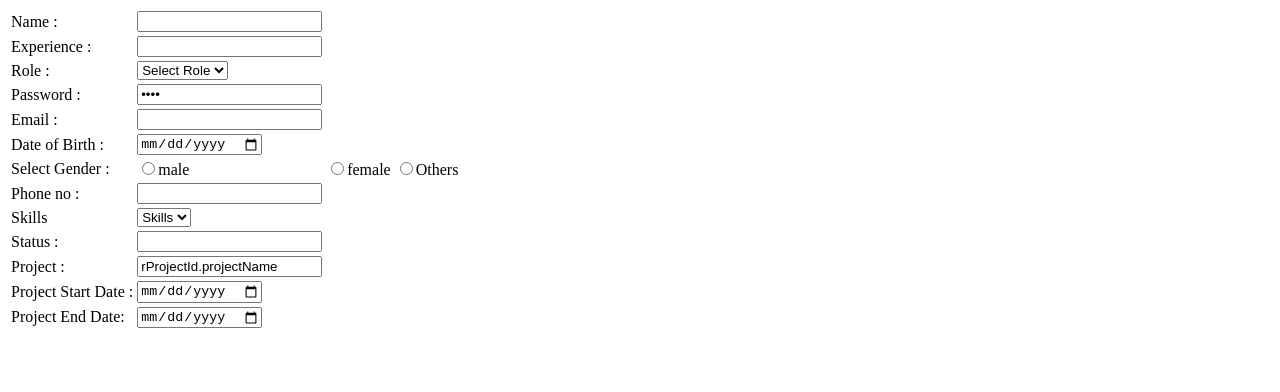
Repository: harmeet3327/Project_WFM
Page: http://localhost/workforcemanagement-frontend/WEB-INF/views/AddResource.jsp
The author's editor kept a copy of each file at every save. The page is drawn from the files as they stood at one save, then again after a run of saves.
The browser window is 1280 px wide. The pictures show the whole page.
The page is served by Tomcat 9. Nobody is signed in. Other server files are loaded and not shown. The template is opened directly, without the code that normally fills it, so the values that code supplies are empty.

Above is the page before, as saved 2019-11-22 06:20:24.

### workforcemanagement-frontend/src/main/webapp/WEB-INF/views/AddResource.jsp

<%@ page language="java" contentType="text/html; charset=ISO-8859-1"
    pageEncoding="ISO-8859-1" isELIgnored="false"%>
    <%@taglib prefix="f" uri="http://www.springframework.org/tags/form" %>
    <%@taglib prefix="c" uri="http://java.sun.com/jsp/jstl/core"  %>
<!DOCTYPE html PUBLIC "-//W3C//DTD HTML 4.01 Transitional//EN" "http://www.w3.org/TR/html4/loose.dtd">
<html>
<head>
<meta http-equiv="Content-Type" content="text/html; charset=ISO-8859-1">
<title>Insert title here</title>
</head>
<body>
	<f:form action="addRes" method="post" modelAttribute="rObj">
			<table>
				<tr>
					<td> Name : </td>
					<td><f:input path="rName" /></td>
				</tr>
					<tr>
					<td>Experience : </td>
					<td><f:input path="rExperience" /></td>
					</tr>
				<tr>
					<td> Role : </td>
					<td>
					<select>
								<option>Select Role</option>
							<c:forEach items="${rlist}" var="rlist">
								<option value="${rlist.roleId}">${rlist.roleType}</option>
							</c:forEach>
					</select>
					</td>
				</tr>
				<tr>
					<td>Password : </td>
					<td><f:password path="rPassward" value="T123"  /></td>
				</tr>
				<tr>
					<td>Email : </td>
					<td><f:input path="rEmail"/></td>
				</tr>
				<tr>
					<td>Date of Birth  : </td>
					<td><f:input type="date" path="rDOB"/></td>
				</tr>
					<tr>
					<td>Select Gender  : </td>
					<td><f:radiobutton  path="rGender" value="male" />male</td>
					<td><f:radiobutton  path="rGender" value="female" />female</td>
					<td><f:radiobutton  path="rGender" value="Others" />Others</td>
				</tr>
					<tr>
					<td>Phone no : </td>
					<td><f:input type="number" path="rPhoneNumber"/></td>
				</tr>
					<tr>
					<td>Skills</td>
					<td>
					<select>
								<option>Skills</option>
							<c:forEach items="${slist}" var="slist">
								<option value="${slist.skillName}"> ${slist.skillName}</option>
							</c:forEach>
					</select>
					</td>
				</tr>
				<tr>
					<td>Status : </td>
					<td><f:input path="rStatus"/></td>
				</tr>
				<tr>
					<td>Project : </td>
					<td><f:input path="rProjectId" value="rProjectId.projectName" /></td>
				</tr>
				<tr>
					<td>Project Start Date  : </td>
					<td><f:input type="date" path="rProStartDate" value="rProjectId.projectStartDate" /></td>
				</tr>
				<tr>
					<td>Project End Date: </td>
					<td><f:input type="date" path="rProEndDate" value="rProjectId.projectEndDate" /></td>
				</tr>



		</table>
		</f:form>
</body>
</html>

After the next 2 saves:
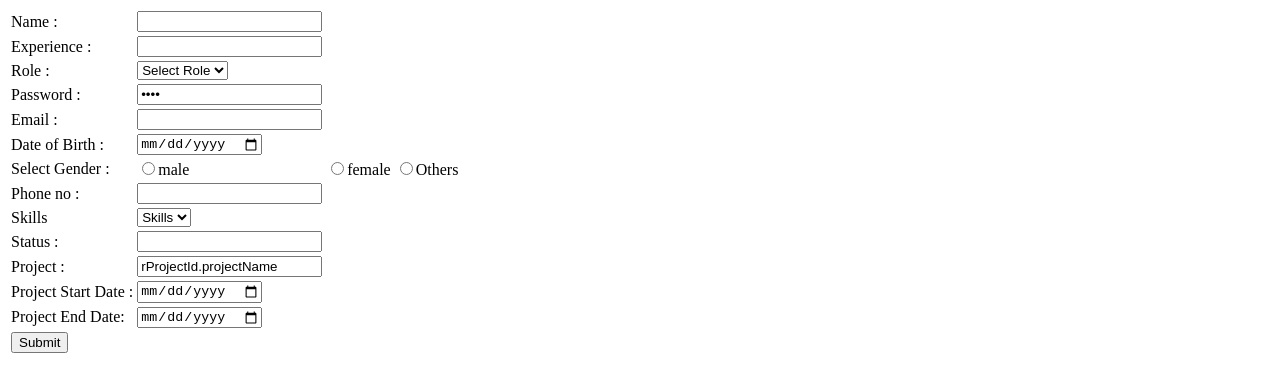
The 2 saves are shown as one change because 1 did not build or start.
The last was saved 2 min 11 s later.
--- a/workforcemanagement-frontend/src/main/webapp/WEB-INF/views/AddResource.jsp
+++ b/workforcemanagement-frontend/src/main/webapp/WEB-INF/views/AddResource.jsp
@@ -80,6 +80,7 @@
 					<td>Project End Date: </td>
 					<td><f:input type="date" path="rProEndDate" value="rProjectId.projectEndDate" /></td>
 				</tr>
+				<tr><td><f:input type="submit" value="Submit"/></td></tr>
 
 
 
